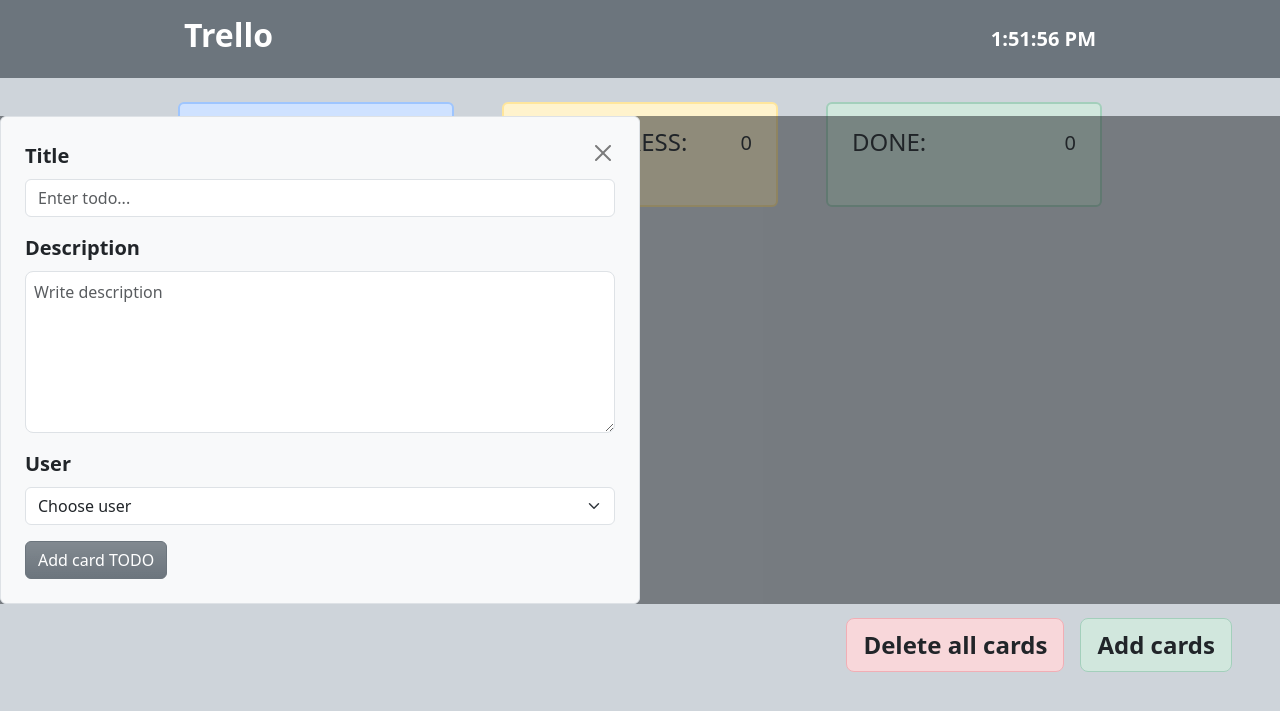
Repository: Valeria154/trello-app-clone
Page: / (app in trello-app-project/)
The author's editor kept a copy of each file at every save. The page is drawn from the files as they stood at one save, then again after the next save.
The browser window is 1280 px wide. The pictures show the whole page.
After loading, the first visible `#addCardBtn` was clicked once.
The project was rebuilt for these pictures with package versions that can differ from the ones it lists, and the page was loaded fresh each time. Also part of the build but not shown: trello-app-project/vite.config.js.

Above is the page before, as saved 2025-03-16 21:14:34.

### trello-app-project/src/index.html
<!doctype html>
<html lang="en">

<head>
	<meta charset="UTF-8" />
	<meta name="viewport" content="width=device-width, initial-scale=1.0" />
	<title>Trello</title>
	<script type="module" src="./main.js"></script>
</head>

<body class="bg-dark-subtle">
	<header class="bg-secondary p-3">
		<div class="container d-flex justify-content-between align-items-center mx-autox w-75">
			<h1 class="fs-2 fw-bold text-white">Trello</h1>
			<div class="fs-5 fw-semibold text-white" id="clock"></div>
		</div>
	</header>
	<main class="p-4">
		<div class="container text-center w-75" id="containerTodo">
			<div class="row align-items-start mb-6 gap-5">
				<!-- TODO -->
				<div class="col border border-primary-subtle border-2 rounded-2 text-dark p-4 bg-primary-subtle">
					<div class="d-flex justify-content-between mb-3">
						<h4>TODO:</h4>
						<div id="todoCount" class="fs-5">0</div>
					</div>
					<div id="todo" data-role="status"></div>
				</div>
				<!-- In progress -->
				<div class="col border border-warning-subtle border-2 rounded-2 text-dark p-4 bg-warning-subtle">
					<div class="d-flex justify-content-between mb-3">
						<h4>IN PROGRESS:</h4>
						<div id="progressCount " class="fs-5">0</div>
					</div>
					<div id="progress" data-role="status"></div>
				</div>
				<!-- Done -->
				<div class="col border border-success-subtle border-2 rounded-2 text-dark p-4 bg-success-subtle">
					<div class="d-flex justify-content-between mb-3">
						<h4>DONE:</h4>
						<div id="doneCount" class="fs-5">0</div>
					</div>
					<div id="done" data-role="status"></div>
				</div>
			</div>
			<div class="d-grid gap-2 d-md-flex justify-content-md-end position-fixed bottom-0 end-0 p-5">
				<button class="btn btn-lg bg-danger-subtle border-danger-subtle me-md-2 fs-4 fw-semibold" type="button"
					id="deleteAllBtn">Delete all
					cards</button>
				<button id="addCardBtn" class="btn btn-lg bg-success-subtle border-success-subtle fs-4 fw-semibold"
					type="button">Add
					cards</button>
			</div>
			<!-- Modal form -->
			<div id="modalFormContainer" class="d-flex align-items-center justify-content-center position-relative"
				style="z-index: 20">
				<!-- <div class="position-fixed top-50 start-50 translate-middle w-100 bg-dark bg-opacity-50">
					<form id="todoForm" class="p-4 border rounded bg-light text-start fw-semibold w-50 position-relative">
						<div class="mb-3">
							<label for="title" class="form-label fs-5">Title</label>
							<input type="text" class="form-control" id="title" placeholder="Enter todo...">
						</div>
						<div class="mb-3">
							<label for="description" class="form-label fs-5">Description</label>
							<textarea class="form-control p-2 rounded-3" id="description" rows="6"
								placeholder="Write description"></textarea>
						</div>
						<div class="mb-3">
							<label for="user" class="form-label fs-5">User </label>
							<select id="user" class="form-select">
								<option selected value="">Choose user</option>
								<option value="Amelia">Amelia</option>
								<option value="Mary">Mary</option>
								<option value="Thomas">Thomas</option>
								<option value="Harry">Harry</option>
								<option value="Susan">Susan</option>
							</select>
						</div>
						<button type="submit" class="btn btn-primary bg-secondary bg-gradient border-secondary">Add card
							TODO</button>
						<button type="button" class="btn-close position-absolute top-0 end-0 me-4 mt-4"
							aria-label="close"></button>
					</form>
				</div> -->
			</div>
		</div>
	</main>

</body>

</html>

### trello-app-project/src/main.js
import './style.scss'
// import javascriptLogo from './javascript.svg'
// import viteLogo from '/vite.svg'

// const storageKey = 'todos'
// const todos = getDataFromStorage()
// const clockElement = document.querySelector('#clock')
// const containerTodoElement = document.querySelector('.container-todo')
// const formElement = document.querySelector('#form')
// const buttonAddTodoElement = document.querySelector('#addTodoBtn')
// const deleteAllButtonElement = document.querySelector('#deleteAllBtn')
// const [todoContainerElement, inProgressContainerElement, doneContainerElement,] = document.querySelectorAll('[data-role="status-column"]')
// const [todoCountElement, inProgressCountElement, doneCountElement] = document.querySelectorAll('[data-role="count-cards"]')
// // Modals
// const formModalElement = document.querySelector('#formModal')
// const deleteAllModalElement = document.querySelector('#deleteAllModal')
// const confirmBtn = document.querySelector('[data-role="confirm-delete"]');
// const cancelBtn = document.querySelector('[data-role="cancel-delete"]');
// const progressLimitModalElement = document.querySelector('#progressLimitModal')

// const statusArr = ['todo', 'progress', 'done']
const todos = getData()
const clockElement = document.querySelector('#clock')
const addCardBtnElement = document.querySelector('#addCardBtn')
const modalFormElement = document.querySelector('#modalFormContainer')
const formElement = document.querySelector('#form')

const containerTodoElement = document.querySelector('#containerTodo')
const [todoContainerElement, inProgressContainerElement, doneContainerElement] = document.querySelectorAll('[data-role="status"]')
const [todoCountElement, inProgressCountElement, doneCountElement] = document.querySelectorAll('[data-role="status"]')
const todoContainer = document.querySelector('#todo')
const todoCount = document.querySelector('#todoCount')

const statusArr = ['todo', 'inprogress', 'done']

addCardBtnElement.addEventListener('click', handleClickButtonAddCard)
containerTodoElement.addEventListener('submit', handleSubmitForm)

//Часы
function showClock() {
	clockElement.textContent = new Date().toLocaleTimeString()
}
setInterval(showClock, 1000)
showClock()

function handleClickButtonAddCard() {
	if (!formElement) {
		modalFormElement.innerHTML = buildModalForm()
		const btnCloseElement = modalFormElement.querySelector('.btn-close')
		btnCloseElement.addEventListener('click', () => toggleModal(modalFormElement))

		// const formElement = modalFormElement.querySelector('#form')
		// formElement.addEventListener('submit', handleSubmitForm)
	}
	toggleModal(modalFormElement) // Открываем модальное окно
}

function toggleModal(modal) {
	if (modal.classList.contains('block')) {
		modal.classList.replace('block', 'hidden')
	} else {
		modal.classList.replace('hidden', 'block')
	}
}

function buildModalForm() {
	return `
				<div class="position-fixed top-50 start-50 translate-middle w-100 bg-dark bg-opacity-50">
					<form id="todoForm" class="p-4 border rounded bg-light text-start fw-semibold w-50 position-relative">
						<div class="mb-3">
							<label for="title" class="form-label fs-5">Title</label>
							<input type="text" class="form-control" id="title" placeholder="Enter todo...">
						</div>
						<div class="mb-3">
							<label for="description" class="form-label fs-5">Description</label>
							<textarea class="form-control p-2 rounded-3" id="description" rows="6"
								placeholder="Write description"></textarea>
						</div>
						<div class="mb-3">
							<label for="user" class="form-label fs-5">User </label>
							<select id="user" class="form-select">
								<option selected value="">Choose user</option>
								<option value="Amelia">Amelia</option>
								<option value="Mary">Mary</option>
								<option value="Thomas">Thomas</option>
								<option value="Harry">Harry</option>
								<option value="Susan">Susan</option>
							</select>
						</div>
						<button type="submit" class="btn btn-primary bg-secondary bg-gradient border-secondary">Add card
							TODO</button>
						<button type="button" class="btn-close position-absolute top-0 end-0 me-4 mt-4"
							aria-label="close"></button>
					</form>
				</div>
	`
}

function handleSubmitForm(event) {
	event.preventDefault()
	console.log('Форма отправляется!')
	// Получаем данные из формы
	const formData = new FormData(event.target)
	const formDataObject = Object.fromEntries(formData) // преобразуем, полученные иданные, в объект ключ-значение
	console.log('Полученные данные:', formDataObject)

	const { editedId } = formElement.dataset
	if (editedId) {
		const editedTodoIndex = todos.findIndex(todo => todo.id == editedId)
		todos[editedTodoIndex] = { ...todos[editedTodoIndex], ...formDataObject }
		setData(todos)
		render(todos)
	} else {
		const newTodo = new Todo(formDataObject) // создаем новую todo с данными из формы
		todos.push(newTodo) // добавление новой задачи в массив
		setData(todos) // сохранение обновленного массива в localStorage
		render(todos) // перерисовка списка задач
	}
	formElement.reset()
	toggleModal(modalFormElement)
	delete formElement.dataset.editedId
}

function getData() {
	return JSON.parse(localStorage.getItem('todos')) || []
}

function setData(todo) {
	localStorage.setItem('todos', JSON.stringify(todo))
}

function countTodos(todos) {
	const todoCountArr = todos.filter(todo => todo.status == 'todo')
	todoCountElement.textContent = todoCountArr.length
	const inProgressArr = todos.filter(todo => todo.status == 'progress')
	inProgressCountElement.textContent = inProgressArr.length
	const doneCountArr = todos.filter(todo => todo.status == 'done')
	doneCountElement.textContent = doneCountArr.length
}

class Todo {
	constructor({ title, description, user, status = '0' }) {
		this.id = Date.now()
		this.createdAt = new Date().toString()
		this.title = title
		this.description = description
		this.user = user
		this.status = statusArr[status]
	}
}

function render(todos = []) {
	todoContainerElement.innerHTML = '' //очищает контейнер задач
	inProgressContainerElement.innerHTML = ''
	doneContainerElement.innerHTML = ''
	todos.forEach(todo => {
		const statusColumn = document.querySelector(`#${todo.status}`)
		statusColumn.insertAdjacentHTML('beforeend', buildTodoTemplate(todo)) //новые задачи будут отображаться внизу так как beforeend вставляет новую задачу в конец контейнера
	})
	countTodos(todos)
	showClock()
}

function buildTodoTemplate({ id, title, description, user, status, createdAt }) {
	const date = currentDate(createdAt)
	return `
	        <div data-id="${id}" class="card bg-white">
            <div class="d-flex justify-content-center" role="group">
                <button type="button" class="btn btn-light" data-role="edit">EDIT</button>
                <select name="status" class="btn btn-light">
                    <option value="todo" ${status == 'todo' ? 'selected' : ''}>Todo</option>
                    <option value="progress" ${status == 'progress' ? 'selected' : ''}>In progress</option>
                    <option value="done" ${status == 'done' ? 'selected' : ''}>Done</option>
                </select>
                <button type="button" class="btn btn-light" data-role="remove">DELETE</button>
            </div>
            <div class="p-4 mb-2">
                <h4 class="text-start fs-5 fw-semibold">${title}</h4>
                <div class="text-start fs-6"><p>${description}</p></div>
            </div>
            <div class="d-flex justify-content-between text-start">
                <div>${user}</div>
                <div>${date}</div>
            </div>
        	</div>
	`
}

function currentDate(date = '', locale = 'ru-RU') {
	const dateTemplate = new Date(date)
	return `${dateTemplate.toLocaleDateString(locale)}, ${dateTemplate.toLocaleTimeString(locale)}`
}
// function currentDate(date = '', locale = 'ru-RU') {
// 	const dateTemplate = new Date(date)
// 	// const dateFormat = {
// 	// 	hour: 'numeric',
// 	// 	minute: 'numeric',
// 	// 	year: 'numeric',
// 	// 	month: 'numeric',
// 	// 	day: 'numeric'
// 	// }
// 	return `${dateTemplate.toLocaleDateString(locale)}, ${dateTemplate.toLocaleTimeString(locale)}`
// 	// return new Intl.DateTimeFormat(locale, dateFormat).format(dateTemplate)
// }

// class Todo {
// 	id = Date.now()
// 	createdAt = new Date().toString()
// 	constructor({ title, description, user, status = '0' }) {
// 		this.title = title
// 		this.description = description
// 		this.user = user
// 		this.status = statusArr[status]
// 	}

### trello-app-project/src/style.scss
@import "bootstrap/scss/bootstrap";

.hidden {
	display: none;
	opacity: 0;
	transition: opacity 0.3s ease;
}

.block {
	display: block;
	opacity: 1;
	transition: opacity 0.3s ease;
}

After the next save:
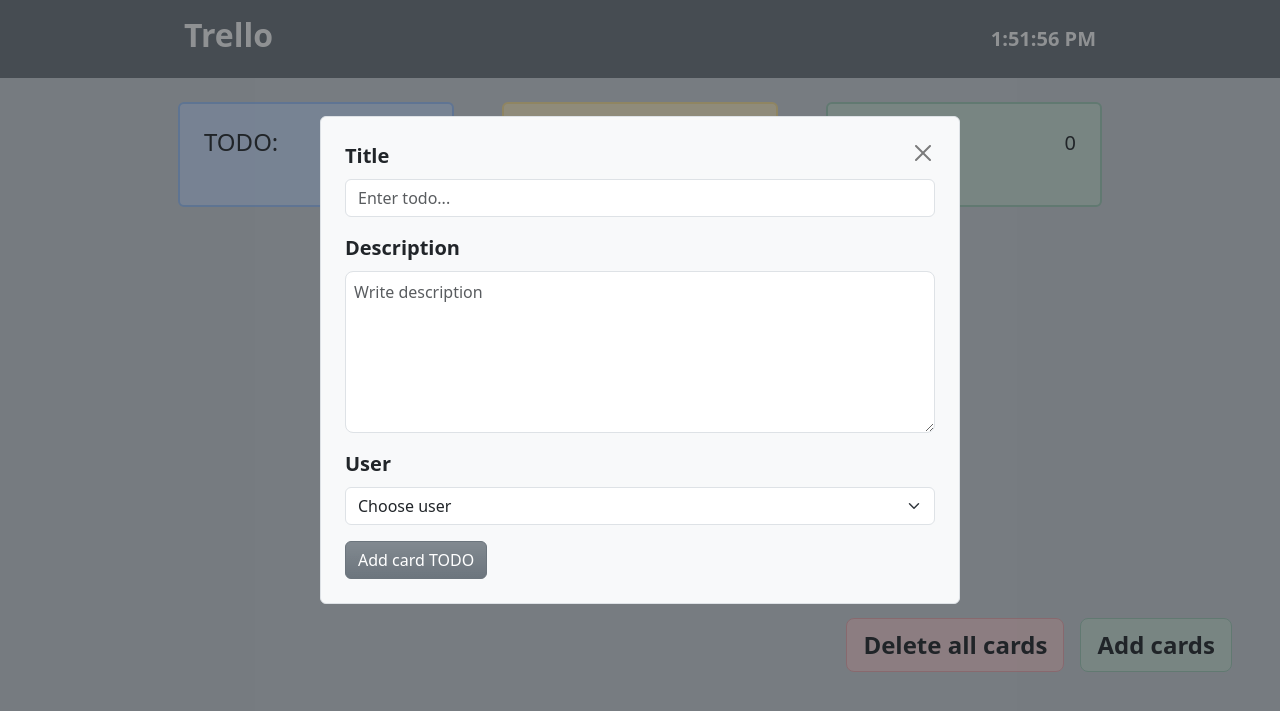
Saved 47 s later.
--- a/trello-app-project/src/main.js
+++ b/trello-app-project/src/main.js
@@ -65,7 +65,7 @@
 
 function buildModalForm() {
 	return `
-				<div class="position-fixed top-50 start-50 translate-middle w-100 bg-dark bg-opacity-50">
+				<div class="d-flex align-items-center justify-content-center position-fixed top-0 start-0 w-100 h-100 bg-dark bg-opacity-50">
 					<form id="todoForm" class="p-4 border rounded bg-light text-start fw-semibold w-50 position-relative">
 						<div class="mb-3">
 							<label for="title" class="form-label fs-5">Title</label>
